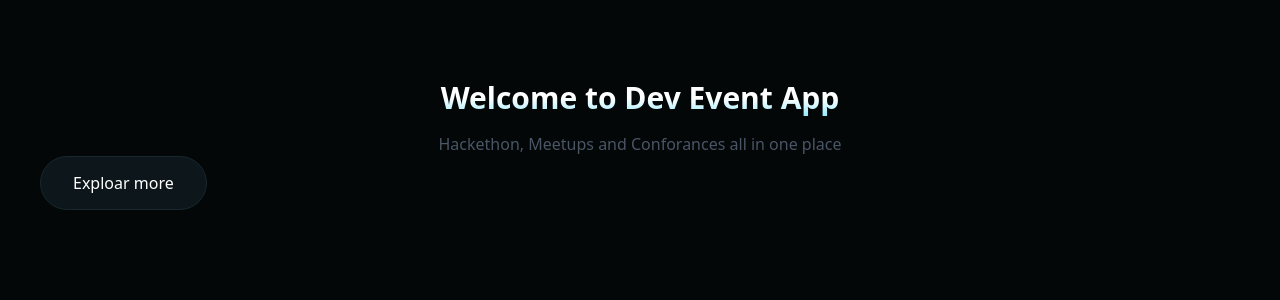
Repository: harshhariyani404/dev-events
Page: /
An editor plug-in stored every save of this project. The page is shown before and after the next save, followed by the edit.
The browser window is 1280 px wide. The pictures show the whole page.
The project was rebuilt for these pictures with package versions that can differ from the ones it lists, and the page was loaded fresh each time. The framework's server and built-in components were replaced by stand-ins that run in the browser. Also part of the build but not shown: next.config.ts.

Above is the page before, as saved 2026-02-06 14:28:46.

After the next save:
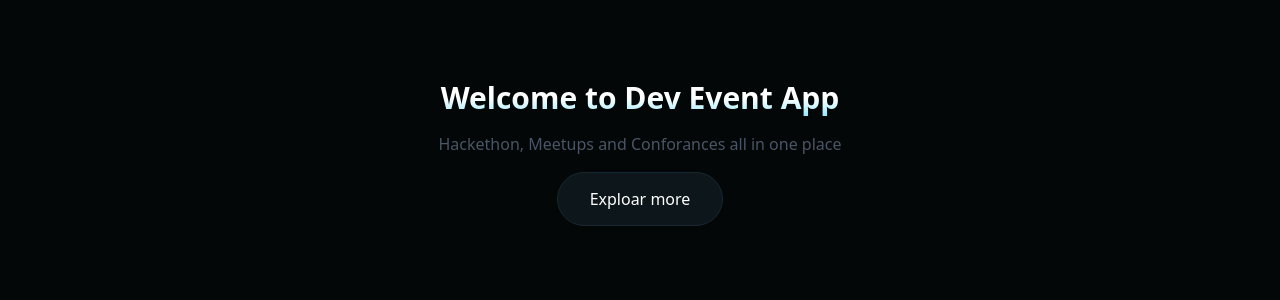
Saved 68 s later.
--- a/app/components/Exploarbtn.tsx
+++ b/app/components/Exploarbtn.tsx
@@ -2,7 +2,7 @@
 const Exploarbtn = () => {
   return (
     <div>
-      <button type="button" id="explore-btn"  onClick={()=>console.log('hello world')}>Exploar more</button>
+      <button type="button" id="explore-btn" className="mt-4 mx-auto"  onClick={()=>console.log('hello world')}>Exploar more</button>
     </div>
   );
 }
